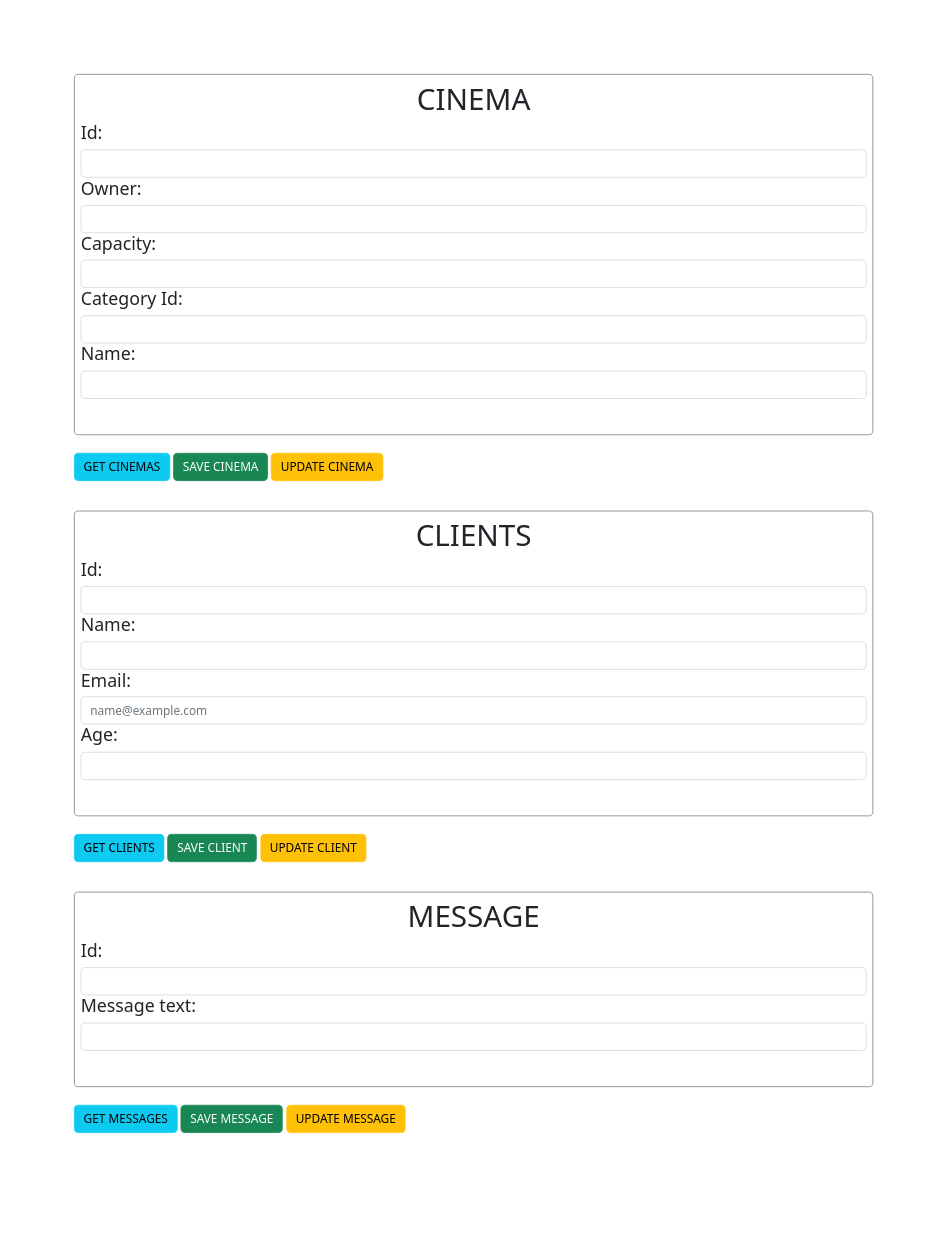
Repository: almendezl/MisionTIC
Page: index.html
The author's editor kept a copy of each file at every save. The page is drawn from the files as they stood at one save, then again after the next save.
The browser window is 1280 px wide. The pictures show the whole page, at 74% of full size.

Above is the page before, as saved 2022-10-02 15:11:24.

### index.html
<html lang="en">
<head>
    <meta charset="UTF-8">
    <meta http-equiv="X-UA-Compatible" content="IE=edge">
    <meta name="viewport" content="width=device-width, initial-scale=1.0">
    <link rel="stylesheet" href="styles.css">
    <title>MISION TIC 2022 RETO 2</title>
</head>
<!-- add jquery api -->
<script src="https://ajax.googleapis.com/ajax/libs/jquery/3.6.1/jquery.min.js"></script>
<!-- add bootstrap -->

<link href="https://cdn.jsdelivr.net/npm/bootstrap@5.2.1/dist/css/bootstrap.min.css" rel="stylesheet" integrity="sha384-iYQeCzEYFbKjA/T2uDLTpkwGzCiq6soy8tYaI1GyVh/UjpbCx/TYkiZhlZB6+fzT" crossorigin="anonymous">
<!-- add the file with the script -->
<script type="text/javascript" src="myScript.js"></script>
<body>
    <!-- cinema front -->
    <div class=" p-2 rounded border border-secondary" >
        <h1 class="text-center">CINEMA</h1>
        <form action="">
            <div class="form-group">
                <h4 class="label label-default" >Id: </h4>
                <input class="form-control" type="number" id="cinemaId">
            </div>

            <div class="form-group">
                <h4 class="label label-default" >Owner: </h4>
                <input class="form-control" type="text" id="cinemaOwner">
            </div>

            <div class="form-group">
                <h4 class="label label-default" >Capacity: </h4>
                <input class="form-control" type="number" id="cinemaCapacity" >
            </div>

            <div class="form-group">
                <h4 class="label label-default" >Category Id: </h4>
                <input class="form-control" type="number" id="cinemaCategory">
            </div>

            <div class="form-group">
                <h4 class="label label-default" >Name: </h4>
                <input class="form-control" type="text" id="cinemaName"><br>
            </div>

        </form>
    </div>
    <br>
    <div id="cinemaAlert">

    </div>



    <button class="btn btn-info" onclick="getCinemas()">GET CINEMAS</button>

    <button class="btn btn-success" onclick="setCinema()">SAVE CINEMA</button>

    <button class="btn btn-warning" onclick="updateCinema()">UPDATE CINEMA</button><br><br>


    <table class="table table-striped" id="cinemasList">


    </table>

    <!-- Clients front  -->
    <div class=" p-2 rounded border border-secondary" >
    <h1 class="text-center">CLIENTS</h1>
        <form action="">
            <div class="form-group">
                <h4 class="label label-default" >Id: </h4>
                <input class="form-control" type="number" id="clientId">
            </div>

            <div class="form-group">
                <h4 class="label label-default" >Name: </h4>
                <input class="form-control" type="text" id="clientName">
            </div>

            <div class="form-group">
                <h4 class="label label-default" >Email: </h4>
                <input class="form-control" type="text" id="clientEmail" placeholder="name@example.com">
            </div>

            <div class="form-group">
                <h4 class="label label-default" >Age: </h4>
                <input class="form-control" type="number" id="clientAge"><br>
            </div>

        </form>
    </div>
    <br>

    <div id="clientAlert">

    </div>



    <button class="btn btn-info" onclick="getClients()">GET CLIENTS</button>

    <button class="btn btn-success" onclick="setClient()">SAVE CLIENT</button>

    <button class="btn btn-warning" onclick="updateClient()">UPDATE CLIENT</button><br><br>


    <table class="table table-striped" id="clientsList">


    </table>

    <!-- Message front  -->
    <div class=" p-2 rounded border border-secondary" >
        <h1 class="text-center">MESSAGE</h1>

        <form action="" >
            <div class="form-group">
                <h4 class="label label-default" >Id: </h4>
                <input class="form-control" type="number" id="messageId">
            </div>

            <div class="form-group">
                <h4 class="label label-default" >Message text: </h4>
                <input class="form-control" type="text" id="messageText"><br>
            </div>


        </form>
    </div>
    <br>

    <div id="messageAlert">

    </div>



    <button class="btn btn-info" onclick="getMessages()">GET MESSAGES</button>

    <button class="btn btn-success" onclick="setMessage()">SAVE MESSAGE</button>

    <button class="btn btn-warning" onclick="updateMessage()">UPDATE MESSAGE</button><br><br>


    <table class="table table-striped" id="messagesList">


    </table>

    <!-- Modal eliminar-->
<div class="modal fade" id="exampleModal" tabindex="-1" role="dialog" aria-labelledby="exampleModalLabel" aria-hidden="true">
    <div class="modal-dialog" role="document">
      <div class="modal-content">
        <div class="modal-header">
          <h5 class="modal-title" id="exampleModalLabel">Delete</h5>
          <button type="button" class="close" data-dismiss="modal" aria-label="Close">
            <span aria-hidden="true">&times;</span>
          </button>
        </div>
        <div class="modal-body">
          ...
        </div>
        <div class="modal-footer">
          <button type="button" class="btn btn-secondary" data-dismiss="modal">Close</button>
          <button type="button" class="btn btn-primary">Delete</button>
        </div>
      </div>
    </div>
  </div>

</body>
</html>

### styles.css
body {

    padding: 100px 100px;
  }

### myScript.js
let urlCinema = "https://gbc0751b79176df-fy68ude9ajgxmklv.adb.us-ashburn-1.oraclecloudapps.com/ords/admin/cinema/cinema";
let urlClient = "https://gbc0751b79176df-fy68ude9ajgxmklv.adb.us-ashburn-1.oraclecloudapps.com/ords/admin/client/client";
let urlMessage = "https://gbc0751b79176df-fy68ude9ajgxmklv.adb.us-ashburn-1.oraclecloudapps.com/ords/admin/message/message";

let modalDelete ="data-toggle='modal' data-target='#messageModal'";
/**
 * ----------------CINEMAS ---------------------
 */
function getCinemas(){

    $.ajax({
        url:  urlCinema,
        type: 'GET',
        dataType: 'json',

        success: function(cinemas){
            console.log(cinemas);
            let cs= cinemas.items;
            //$('#clientsList').append("<h2>Clients List</h2>");
            $('#cinemasList').empty();
            if(cs.length > 0){

                $('#cinemasList').append("<thead><tr><th scope='col'>Id</th><th scope='col'>Owner</th><th scope='col'>Capacity</th><th scope='col'>Category Id</th> <th scope='col'>Name</th><th scope='col'>Option</th></tr></thead><tbody></tbody>");
                for(i = 0; i<cs.length; i++){

                    $('#cinemasList').append("<tr><th scope='row'>"+cs[i].id+"</th><td>"+cs[i].owner+"</td><td>"+cs[i].capacity+"</td><td>"+cs[i].category_id+"</td><td>"+cs[i].name+"</td><td>"+"<button type='button' class='btn btn-primary' data-toggle='modal' data-target='#exampleModal'>Launch demo modal</button></td></tr>");

                }
            }else{
                $('#cinemasList').append("<h4 class='text-center'>No entries</h4>");
            }

        },
        error: function(xhr, status){
            alert("A problem has occurred");
        },
        complete: function(xhr, status){
            //alert("Request made");
        }
    });

}

function setCinema(){

    let id = $("#cinemaId").val();
    let owner = $("#cinemaOwner").val();
    let capacity = $("#cinemaCapacity").val();
    let category = $("#cinemaCategory").val();
    let name = $("#cinemaName").val();

    $("#cinemaAlert").empty();
    if (id != "" && owner != "" && capacity != "" && category != "" && name != ""){
        let data = {
            id: id,
            owner: owner,
            capacity: capacity,
            category_id: category,
            name: name

        };

        let dataToSend = JSON.stringify(data);

        console.log(dataToSend);

        $.ajax({
            url: urlCinema,
            type: 'POST',
            //dataType: 'json',
            data: dataToSend,
             contentType: "application/json",

            success: function(json){
                console.log(json);
                //Clean the inputs
                $("#cinemaId").val('');
                $("#cinemaOwner").val('');
                $("#cinemaCapacity").val('');
                $("#cinemaCategory").val('');
                $("#cinemaName").val('');
                getCinemas();
            },
            error: function(xhr, status){
                //alert("A problem has occurred");

            },
            complete: function(xhr, status){
                //alert("Request made");

            }
        });

    }else{
        $("#cinemaAlert").append("<div class='alert alert-danger' role='alert'>There can be no empty fields!</div>");
    }



}

function updateCinema(){
    let id = $("#cinemaId").val();
    let owner = $("#cinemaOwner").val();
    let capacity = $("#cinemaCapacity").val();
    let category = $("#cinemaCategory").val();
    let name = $("#cinemaName").val();

    let data = {
        id: id,
        owner: owner,
        capacity: capacity,
        category_id: category,
        name: name

    };

    let dataToSend = JSON.stringify(data);

    console.log(dataToSend);

    $.ajax({
        url: urlCinema,
        type: 'PUT',
        //dataType: 'json',
        data: dataToSend,
        contentType: "application/json",

        success: function(json){
            console.log(json);
            //Clean the inputs
            $("#cinemaId").val('');
            $("#cinemaOwner").val('');
            $("#cinemaCapacity").val('');
            $("#cinemaCategory").val('');
            $("#cinemaName").val('');
            getCinemas();
        },
        error: function(xhr, status){
            //alert("A problem has occurred");

        },
        complete: function(xhr, status){
            //alert("Request made");

        }
    });
}

function deleteCinema(cinemaId){


    let data = {
        id: cinemaId

    };

    let dataToSend = JSON.stringify(data);

    console.log(dataToSend);

    $.ajax({
        url: urlCinema,
        type: 'DELETE',
        //dataType: 'json',
        data: dataToSend,
        contentType: "application/json",

        success: function(json){
            console.log(json);
            //Clean the inputs
            $("#cinemaId").val('');
            $("#cinemaOwner").val('');
            $("#cinemaCapacity").val('');
            $("#cinemaCategory").val('');
            $("#cinemaName").val('');
            getCinemas();
        },
        error: function(xhr, status){
            //alert("A problem has occurred");

        },
        complete: function(xhr, status){
            //alert("Request made");

        }
    });
}

/**
 * ----------------CLIENTS ---------------------
 */

function getClients(){

    $.ajax({
        url: urlClient,
        type: 'GET',
        dataType: 'json',

        success: function(clients){
            console.log(clients);
            let cs= clients.items;
            //$('#clientsList').append("<h2>Clients List</h2>");
            $('#clientsList').empty();
            if(cs.length > 0){
                $('#clientsList').append("<thead><tr><th scope='col'>Id</th><th scope='col'>Name</th><th scope='col'>Email</th><th scope='col'>Age</th> <th scope='col'>Option</th></tr></thead><tbody></tbody>");
                for(i = 0; i<cs.length; i++){
                    //$('#clientsList').append("<b>"+cs[i].id+" "+cs[i].name+" </b> "+cs[i].email+"   <button class='btn btn-danger'    onclick='deleteClient("+cs[i].id+")'>DELETE</button>"+"<br>");
                    $('#clientsList').append("<tr><th scope='row'>"+cs[i].id+"</th><td>"+cs[i].name+"</td><td>"+cs[i].email+"</td><td>" +cs[i].age+"</td><td>"+"<button class='btn btn-danger' onclick='deleteClient("+cs[i].id+")'>DELETE</button></td></   tr>");

                }
            }else{
                $('#clientsList').append("<h4 class='text-center'>No entries</h4>");
            }

        },
        error: function(xhr, status){
            alert("A problem has occurred");
        },
        complete: function(xhr, status){
            //alert("Request made");
        }
    });

}

function setClient(){

    let clientId = $("#clientId").val();
    let clientName = $("#clientName").val();
    let clientEmail = $("#clientEmail").val();
    let clientAge = $("#clientAge").val();
    $("#clientAlert").empty();

    if(clientId != '' && clientName != '' && clientEmail != '' && clientAge != '' ){
        let data = {
            id: clientId,
            name: clientName,
            email: clientEmail,
            age: clientAge

        };

        let dataToSend = JSON.stringify(data);

        console.log(dataToSend);

        $.ajax({
            url: urlClient,
            type: 'POST',
            //dataType: 'json',
            data: dataToSend,
             contentType: "application/json",

            success: function(json){
                console.log(json);
                //Clean the inputs
                $("#clientId").val('');
                $("#clientName").val('');
                $("#clientEmail").val('');
                $("#clientAge").val('');
                getClients();
            },
            error: function(xhr, status){
                //alert("A problem has occurred");

            },
            complete: function(xhr, status){
                //alert("Request made");

            }
        });
    } else{
        $("#clientAlert").append("<div class='alert alert-danger' role='alert'>There can be no empty fields!</div>");
    }





}

function updateClient(){
    let clientId = $("#clientId").val();
    let clientName = $("#clientName").val();
    let clientEmail = $("#clientEmail").val();
    let clientAge = $("#clientAge").val();

    let data = {
        id: clientId,
        name: clientName,
        email: clientEmail,
        age: clientAge

    };

    let dataToSend = JSON.stringify(data);

    console.log(dataToSend);

    $.ajax({
        url:urlClient,
        type: 'PUT',
        //dataType: 'json',
        data: dataToSend,
        contentType: "application/json",

        success: function(json){
            console.log(json);
            //Clean the inputs
            $("#clientId").val('');
            $("#clientName").val('');
            $("#clientEmail").val('');
            $("#clientAge").val('');
            getClients();
        },
        error: function(xhr, status){
            //alert("A problem has occurred");

        },
        complete: function(xhr, status){
            //alert("Request made");

        }
    });
}

function deleteClient(clientId){


    let data = {
        id: clientId

    };

    let dataToSend = JSON.stringify(data);

    console.log(dataToSend);

    $.ajax({
        url:urlClient,
        type: 'DELETE',
        //dataType: 'json',
        data: dataToSend,
        contentType: "application/json",

        success: function(json){
            console.log(json);
            //Clean the inputs
            $("#clientId").val('');
            $("#clientName").val('');
            $("#clientEmail").val('');
            $("#clientAge").val('');
            getClients();
        },
        error: function(xhr, status){
            //alert("A problem has occurred");

        },
        complete: function(xhr, status){
            //alert("Request made");

        }
    });
}

/**
 * ----------------MESSAGE ---------------------
 */

 function getMessages(){

    $.ajax({
        url: urlMessage,
        type: 'GET',
        dataType: 'json',

        success: function(clients){
            console.log(clients);
            let cs= clients.items;
            //$('#clientsList').append("<h2>Clients List</h2>");
            $('#messagesList').empty();
           if(cs.length > 0){
                $('#messagesList').append("<thead><tr><th scope='col'>Id</th><th scope='col'>Message text</th><th scope='col'>Option</th></tr></thead><tbody></tbody>");
                 for(i = 0; i<cs.length; i++){

                     $('#messagesList').append("<tr><th scope='row'>"+cs[i].id+"</th><td>"+cs[i].messagetext+"</td><td>"+"<button       class='btn btn-danger' onclick='deleteMessage("+cs[i].id+")'>DELETE</button></td></tr>");

                 }
           }else{
            $('#messagesList').append("<h4 class='text-center'>No entries</h4>");
           }

        },
        error: function(xhr, status){
            alert("A problem has occurred");
        },
        complete: function(xhr, status){
            //alert("Request made");
        }
    });

}

function setMessage(){
    let id = $("#messageId").val();
    let messageText = $("#messageText").val();
    $("#messageAlert").empty();

    if(id != '' && messageText != ''){
        let data = {
            id: id,
            messagetext: messageText,

        };

        let dataToSend = JSON.stringify(data);

        console.log(dataToSend);

        $.ajax({
            url: urlMessage,
            type: 'POST',
            //dataType: 'json',
            data: dataToSend,
             contentType: "application/json",

            success: function(json){
                console.log(json);
                //Clean the inputs
                $("#messageId").val('');
                $("#messageText").val('');
                getMessages();
            },
            error: function(xhr, status){
                //alert("A problem has occurred");

            },
            complete: function(xhr, status){
                //alert("Request made");

            }
        });

    } else{
        $("#messageAlert").append("<div class='alert alert-danger' role='alert'>There can be no empty fields!</div>");
    }




}

function updateMessage(){
    let id = $("#messageId").val();
    let messageText = $("#messageText").val();

    let data = {
        id: id,
        messagetext: messageText,

    };

    let dataToSend = JSON.stringify(data);

    console.log(dataToSend);

    $.ajax({
        url:urlMessage,
        type: 'PUT',
        //dataType: 'json',
        data: dataToSend,
        contentType: "application/json",

        success: function(json){
            console.log(json);
            //Clean the inputs
            $("#messageId").val('');
            $("#messageText").val('');
            getMessages();
        },
        error: function(xhr, status){
            //alert("A problem has occurred");

        },
        complete: function(xhr, status){
            //alert("Request made");

        }
    });
}

function deleteMessage(messageId){


    let data = {
        id: messageId

    };

    let dataToSend = JSON.stringify(data);

    console.log(dataToSend);

    $.ajax({
        url:urlMessage,
        type: 'DELETE',
        //dataType: 'json',
        data: dataToSend,
        contentType: "application/json",

        success: function(json){
            console.log(json);
            //Clean the inputs
            $("#messageId").val('');
            $("#messageText").val('');
            getMessages();
        },
        error: function(xhr, status){
            //alert("A problem has occurred");

        },
        complete: function(xhr, status){
            //alert("Request made");

        }
    });
}

After the next save:
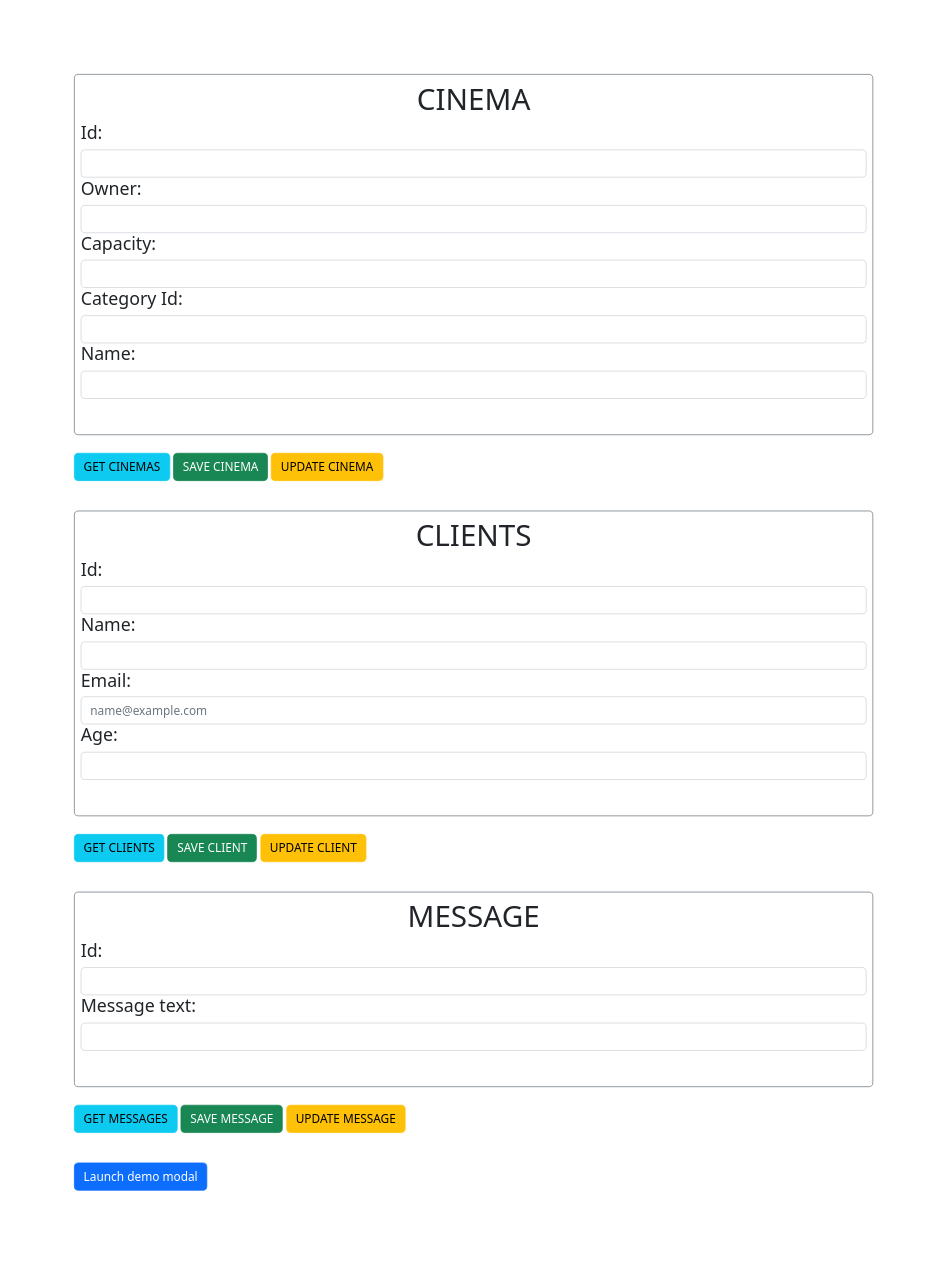
Saved 56 s later.
--- a/index.html
+++ b/index.html
@@ -147,6 +147,31 @@
 
 
     </table>
+    <!-- Button trigger modal -->
+<button type="button" class="btn btn-primary" data-toggle="modal" data-target="#exampleModal">
+    Launch demo modal
+  </button>
+
+  <!-- Modal -->
+  <div class="modal fade" id="exampleModal" tabindex="-1" role="dialog" aria-labelledby="exampleModalLabel" aria-hidden="true">
+    <div class="modal-dialog" role="document">
+      <div class="modal-content">
+        <div class="modal-header">
+          <h5 class="modal-title" id="exampleModalLabel">Modal title</h5>
+          <button type="button" class="close" data-dismiss="modal" aria-label="Close">
+            <span aria-hidden="true">&times;</span>
+          </button>
+        </div>
+        <div class="modal-body">
+          ...
+        </div>
+        <div class="modal-footer">
+          <button type="button" class="btn btn-secondary" data-dismiss="modal">Close</button>
+          <button type="button" class="btn btn-primary">Save changes</button>
+        </div>
+      </div>
+    </div>
+  </div>
 
     <!-- Modal eliminar-->
 <div class="modal fade" id="exampleModal" tabindex="-1" role="dialog" aria-labelledby="exampleModalLabel" aria-hidden="true">
